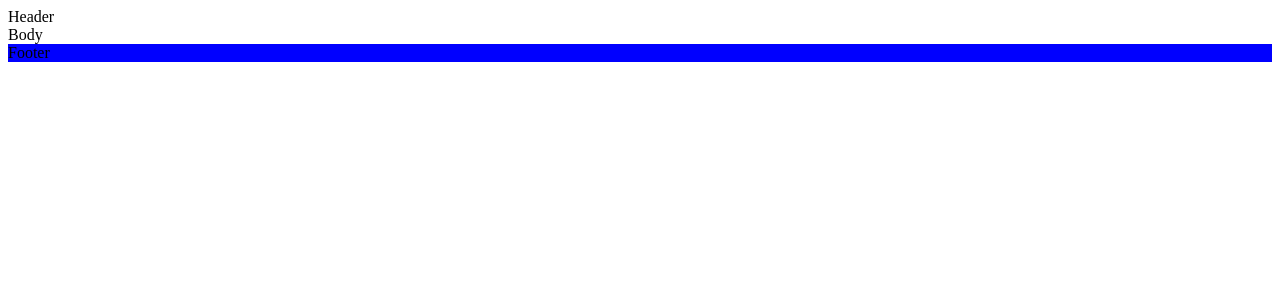
Repository: kozue-terao/samurai_HTML-CSS
Page: about.html
The author's editor kept a record of every edit. The page is drawn from the files as they stood at one moment, then again after the next edit.
The browser window is 1280 px wide. The pictures show the whole page.

Above is the page before.

### about.html
<html lang="ja">
    <head>
        <style>
           #header {
                background-color: red;
            }
            footer {
                background-color: blue;

            }
            .size {
                height: 200px;
            }
        </style>
    </head>
    <body>
        <header>
            Header
        </header>
        </div class="size">
        Body
        </div>
        <footer>
            Footer
        </footer>
    </body>
</html>

After the next edit:
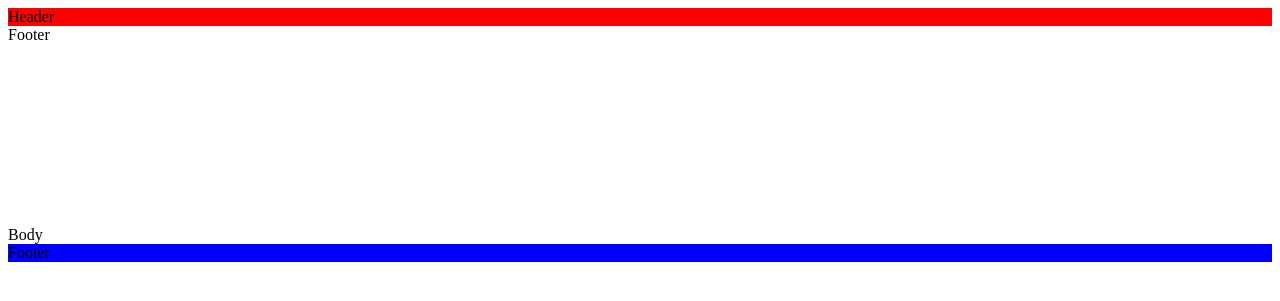
The edit:
--- a/about.html
+++ b/about.html
@@ -14,9 +14,13 @@
         </style>
     </head>
     <body>
-        <header>
+        <div id="header">
             Header
-        </header>
+        </div>
+        <div class="size">
+            Footer
+        </div>
+
         </div class="size">
         Body
         </div>
